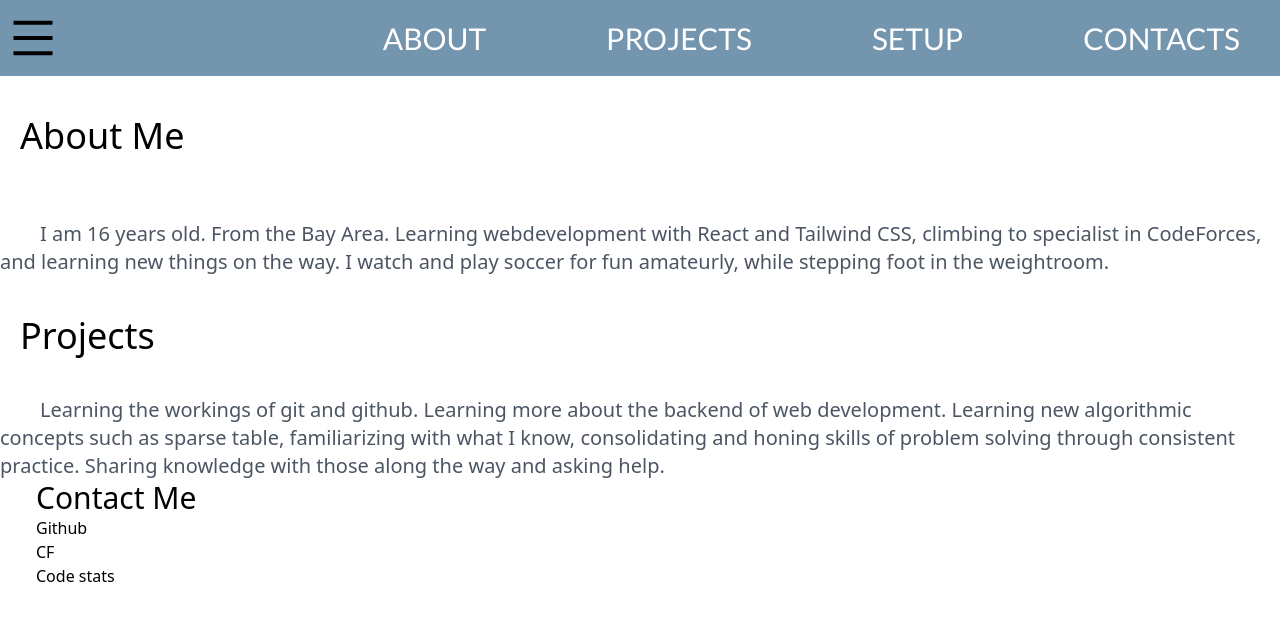
Repository: joshuayanggithub/joshua-yang-website
Page: /
An editor plug-in stored every save of this project. The page is shown before and after a run of saves, followed by the edit.
The browser window is 1280 px wide. The pictures show the whole page.
The project was rebuilt for these pictures with package versions that can differ from the ones it lists, and the page was loaded fresh each time.

Above is the page before, as saved 2023-01-07 17:33:44.

### public/index.html
<!DOCTYPE html>
<html lang="en">
  <head>
    <meta charset="utf-8" />
    <link rel="icon" href="%PUBLIC_URL%/favicon.ico" />
    <meta name="viewport" content="width=device-width, initial-scale=1" />
    <meta name="theme-color" content="#000000" />
    <meta
      name="description"
      content="Web site created using create-react-app"
    />
    <link rel="apple-touch-icon" href="%PUBLIC_URL%/logo192.png" />
    <!--
      manifest.json provides metadata used when your web app is installed on a
      user's mobile device or desktop. See https://developers.google.com/web/fundamentals/web-app-manifest/
    -->
    <link rel="manifest" href="%PUBLIC_URL%/manifest.json" />
    <!--
      Notice the use of %PUBLIC_URL% in the tags above.
      It will be replaced with the URL of the `public` folder during the build.
      Only files inside the `public` folder can be referenced from the HTML.

      Unlike "/favicon.ico" or "favicon.ico", "%PUBLIC_URL%/favicon.ico" will
      work correctly both with client-side routing and a non-root public URL.
      Learn how to configure a non-root public URL by running `npm run build`.
    -->
    <title>Joshua Yang</title>
  </head>
  <body>
    <noscript>You need to enable JavaScript to run this app.</noscript>
    <div id="root"></div>
    <!--
      This HTML file is a template.
      If you open it directly in the browser, you will see an empty page.

      You can add webfonts, meta tags, or analytics to this file.
      The build step will place the bundled scripts into the <body> tag.

      To begin the development, run `npm start` or `yarn start`.
      To create a production bundle, use `npm run build` or `yarn build`.
    -->
  </body>
</html>

### src/index.css
@import url('https://fonts.googleapis.com/css2?family=Lato:ital,wght@0,100;0,300;0,400;0,700;0,900;1,100;1,400;1,700;1,900&display=swap');

@import url('https://fonts.googleapis.com/css2?family=Prata&display=swap');

@tailwind base;
@tailwind components;
@tailwind utilities;

### src/App.js
import NavBar from "./components/NavBar";
import About from "./components/About";
import Contacts from "./components/Contacts";
import Setup from "./components/Setup";
import Projects from "./components/Projects";

function App() {
  return (
    <>
      <NavBar />
      <About />
      <Projects />
      <Setup />
      <Contacts />
    </>
  );
}

export default App;

### src/components/NavBar.jsx
import React from "react";
import {AiOutlineMenu} from 'react-icons/ai'

const NavBar = () => {
  const links = [
    {'id': 1, 'name': 'About'},
    {'id': 2, 'name': 'Projects'},
    {'id': 3, 'name': 'Setup'},
    {'id': 4, 'name': 'Contacts'}
  ]

  return (
    <div class="flex bg-sasskyblue w-full p-2 justify-between items-center">
      <div>
        <AiOutlineMenu size={50}></AiOutlineMenu>
      </div>

      <ul class="md:flex gap-20 p-3">
        {
          links.map((link) =>
            <li key={link.id}>
              <a href='#About' class="text-3xl text-white px-5 hover:bg-sasnavyblue duration-300 uppercase font-button">{link.name}</a>
            </li>
          )
        }
      </ul>

    </div>
  );
};

export default NavBar;

### src/components/About.jsx
import React from 'react'

const About = () => {
  return (
    <div class="flex flex-col">
      <h1 class="text-black text-4xl float-left px-5 my-10">About Me</h1>
      <br></br>
      <p class="indent-10 text-gray-600 text-xl">I am 16 years old. From the Bay Area. Learning webdevelopment with React and Tailwind CSS, climbing to specialist in CodeForces, and learning new things on the way. I watch and play soccer for fun amateurly, while stepping foot in the weightroom. </p>
    </div>
  );
}

export default About

### src/components/Contacts.jsx
import React from 'react'

const Contacts = () => {
  return (
    <div class="flex flex-col mx-5 px-4">
      <h1 class="text-3xl">Contact Me</h1>
      <a href="https://github.com/joshuayanggithub">Github</a>
      <a href="https://codeforces.com/profile/JoshuaYang">CF</a>
      <a href="https://wakatime.com/@joshuayang">Code stats</a>
    </div>
  );
}

export default Contacts

### src/components/Setup.jsx
import React from 'react'

const Setup = () => {
  return (
    <div>

    </div>
  );
}

export default Setup

### src/components/Projects.jsx
import React from 'react'

const Projects = () => {
  return (
    <div class="flex flex-col">
      <h1 class="text-black text-4xl float-left px-5 my-10">Projects</h1>
      <p class="indent-10 text-gray-600 text-xl">
        Learning the workings of git and github. Learning more about the backend of web development. Learning new algorithmic concepts such as sparse table, familiarizing with what I know,  consolidating and honing skills of problem solving through consistent practice. Sharing knowledge with those along the way and asking help.
      </p>
    </div>
  );
}

export default Projects

### tailwind.config.js
/** @type {import('tailwindcss').Config} */
module.exports = {
  content: [
    "./src/components/*.{html,js,jsx}",
    "./src/**/*.{html,js,jsx}",
  ],
  theme: {
    screens: {
      'sm': '640px',
      // => @media (min-width: 640px) { ... }

      'md': '768px',
      // => @media (min-width: 768px) { ... }

      'lg': '1024px',
      // => @media (min-width: 1024px) { ... }

      'xl': '1280px',
      // => @media (min-width: 1280px) { ... }

      '2xl': '1536px',
      // => @media (min-width: 1536px) { ... }
    },
    extend: {
      colors: {
        'sasblack':'#5D5C61',
        'sasgrey': '#379683',
        'sasskyblue': '#7395AE',
        'sasnavyblue': '#557A95',
        'sasgold':'#B1A296',
      }
    },
    fontFamily: {
      button: ['Lato',],
      body: ['Prata',],
    },
  },
  plugins: [],
}

### src/components/Button.jsx
import React from "react";

const Button = (props) => {
  return (
    <button class="bg-sasgray text-white font-body py-2  ">
      {props.text}
    </button>
  );
}

export default Button

Loaded but not shown: src/index.js (common file)

After the next 2 saves:
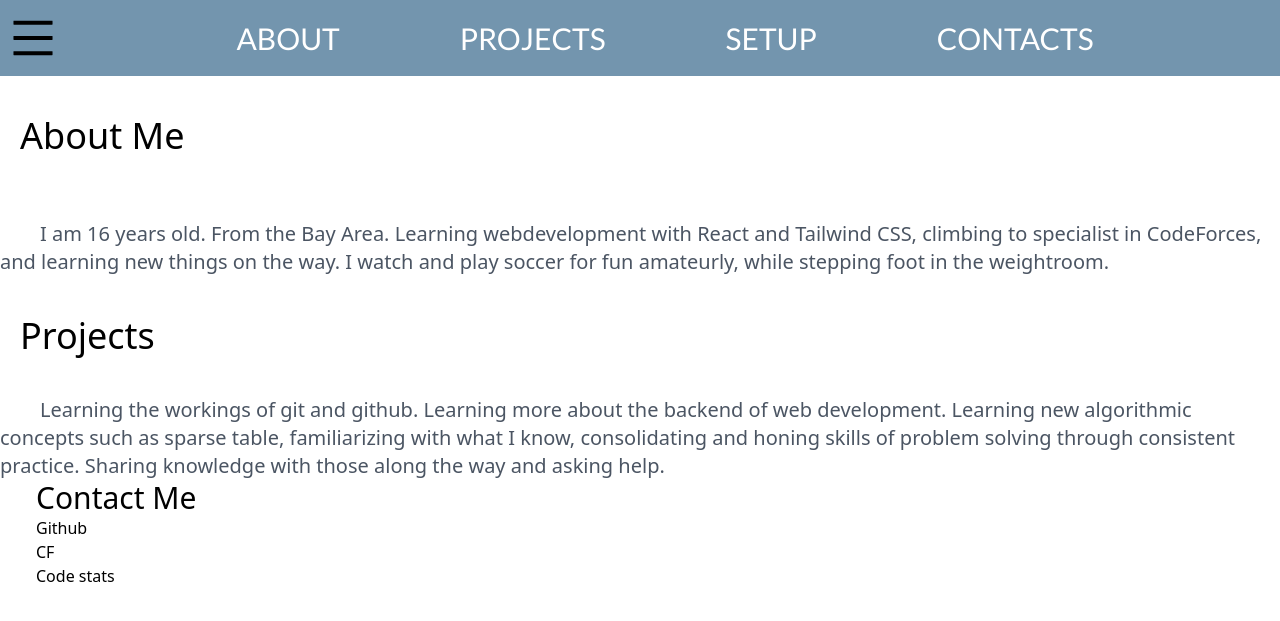
The 2 saves are shown as one change because 1 did not build or start.
The last was saved 66 s later.
--- a/src/components/NavBar.jsx
+++ b/src/components/NavBar.jsx
@@ -1,5 +1,6 @@
 import React from "react";
 import {AiOutlineMenu} from 'react-icons/ai'
+import Button from './Button'
 
 const NavBar = () => {
   const links = [
@@ -25,6 +26,8 @@ const NavBar = () => {
         }
       </ul>
 
+      <Button> text="Email Me" </Button>
+
     </div>
   );
 };
